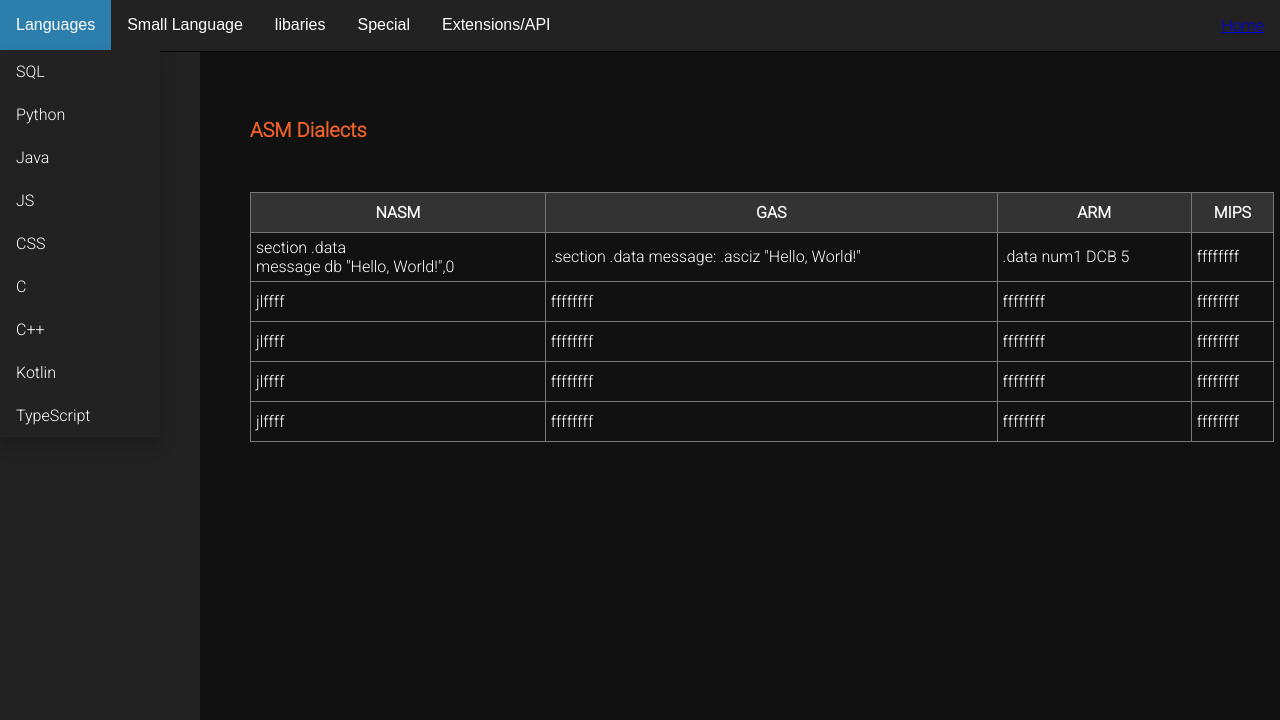
Repository: Max-Rohrhirsch/Max-Rohrhirsch.github.io
Page: documentation/special/OS/asm_dif.html
These files come from the project's save history. The page is drawn as it stood at one moment and after the next save; the edit follows.
The browser window is 1280 px wide. The pictures show the whole page.

Above is the page before, as saved 2023-10-29 17:48:05.

### documentation/special/OS/asm_dif.html
<head>
    <link rel="preconnect" href="https://fonts.googleapis.com">
    <link rel="preconnect" href="https://fonts.gstatic.com" crossorigin>
    <link href="https://fonts.googleapis.com/css2?family=Roboto:wght@300&display=swap" rel="stylesheet">
    <link rel="stylesheet" href="https://cdnjs.cloudflare.com/ajax/libs/font-awesome/4.7.0/css/font-awesome.min.css">

    <link rel="icon" type="image/x-icon" href="..../Bilder/favicon.ico">

    <link href="/home/max/Schreibtisch/Finished/Portfolio/documentation/prism.css" rel="stylesheet" />

    <link rel="stylesheet" href="/home/max/Schreibtisch/Finished/Portfolio/documentation/docStyle.css">
</head>

<script src="/jquery.js"></script>
<div id="includeHeader"></div>
<!-- ------ SIDE NAVIGATION BAR ----- -->
<div class="sidenav">
    <a href="/documentation/special/OS/OS.html">OS</a>
    <a href="/documentation/special/OS/ASM.html">ASM</a>
</div>

<div class="main">
<h2>ASM Dialects</h2>
<table>
<tr>
    <th>NASM</th>
    <th>GAS</th>
    <th>ARM</th>
    <th>MIPS</th>
</tr>
<tr>
    <td>
section .data<br>
message db "Hello, World!",0
    </td>
    <td>
.section .data
message:
    .asciz "Hello, World!"
    </td>
    <td>
.data
    num1  DCB 5
    </td>
    <td>ffffffff</td>
</tr>
<tr>
    <td>jlffff</td>
    <td>ffffffff</td>
    <td>ffffffff</td>
    <td>ffffffff</td>
</tr>
<tr>
    <td>jlffff</td>
    <td>ffffffff</td>
    <td>ffffffff</td>
    <td>ffffffff</td>
</tr>
<tr>
    <td>jlffff</td>
    <td>ffffffff</td>
    <td>ffffffff</td>
    <td>ffffffff</td>
</tr>
<tr>
    <td>jlffff</td>
    <td>ffffffff</td>
    <td>ffffffff</td>
    <td>ffffffff</td>
</tr>
</table>
</div>
<div id="includeFooter"></div>

### documentation/prism.css
/* PrismJS 1.29.0
https://prismjs.com/download.html#themes=prism-okaidia&languages=markup+css+clike+javascript+arduino+armasm+bash+brainfuck+c+cpp+cilkc+cilkcpp+go+java+latex+lua+python+rust+sql&plugins=line-numbers+show-language+toolbar+copy-to-clipboard+download-button */
code[class*=language-],pre[class*=language-]{color:#f8f8f2;background:0 0;text-shadow:0 1px rgba(0,0,0,.3);font-family:Consolas,Monaco,'Andale Mono','Ubuntu Mono',monospace;font-size:1em;text-align:left;white-space:pre;word-spacing:normal;word-break:normal;word-wrap:normal;line-height:1.5;-moz-tab-size:4;-o-tab-size:4;tab-size:4;-webkit-hyphens:none;-moz-hyphens:none;-ms-hyphens:none;hyphens:none}pre[class*=language-]{padding:1em;margin:.5em 0;overflow:auto;border-radius:.3em}:not(pre)>code[class*=language-],pre[class*=language-]{background:#272822}:not(pre)>code[class*=language-]{padding:.1em;border-radius:.3em;white-space:normal}.token.cdata,.token.comment,.token.doctype,.token.prolog{color:#8292a2}.token.punctuation{color:#f8f8f2}.token.namespace{opacity:.7}.token.constant,.token.deleted,.token.property,.token.symbol,.token.tag{color:#f92672}.token.boolean,.token.number{color:#ae81ff}.token.attr-name,.token.builtin,.token.char,.token.inserted,.token.selector,.token.string{color:#a6e22e}.language-css .token.string,.style .token.string,.token.entity,.token.operator,.token.url,.token.variable{color:#f8f8f2}.token.atrule,.token.attr-value,.token.class-name,.token.function{color:#e6db74}.token.keyword{color:#66d9ef}.token.important,.token.regex{color:#fd971f}.token.bold,.token.important{font-weight:700}.token.italic{font-style:italic}.token.entity{cursor:help}
pre[class*=language-].line-numbers{position:relative;padding-left:3.8em;counter-reset:linenumber}pre[class*=language-].line-numbers>code{position:relative;white-space:inherit}.line-numbers .line-numbers-rows{position:absolute;pointer-events:none;top:0;font-size:100%;left:-3.8em;width:3em;letter-spacing:-1px;border-right:1px solid #999;-webkit-user-select:none;-moz-user-select:none;-ms-user-select:none;user-select:none}.line-numbers-rows>span{display:block;counter-increment:linenumber}.line-numbers-rows>span:before{content:counter(linenumber);color:#999;display:block;padding-right:.8em;text-align:right}
div.code-toolbar{position:relative}div.code-toolbar>.toolbar{position:absolute;z-index:10;top:.3em;right:.2em;transition:opacity .3s ease-in-out;opacity:0}div.code-toolbar:hover>.toolbar{opacity:1}div.code-toolbar:focus-within>.toolbar{opacity:1}div.code-toolbar>.toolbar>.toolbar-item{display:inline-block}div.code-toolbar>.toolbar>.toolbar-item>a{cursor:pointer}div.code-toolbar>.toolbar>.toolbar-item>button{background:0 0;border:0;color:inherit;font:inherit;line-height:normal;overflow:visible;padding:0;-webkit-user-select:none;-moz-user-select:none;-ms-user-select:none}div.code-toolbar>.toolbar>.toolbar-item>a,div.code-toolbar>.toolbar>.toolbar-item>button,div.code-toolbar>.toolbar>.toolbar-item>span{color:#bbb;font-size:.8em;padding:0 .5em;background:#f5f2f0;background:rgba(224,224,224,.2);box-shadow:0 2px 0 0 rgba(0,0,0,.2);border-radius:.5em}div.code-toolbar>.toolbar>.toolbar-item>a:focus,div.code-toolbar>.toolbar>.toolbar-item>a:hover,div.code-toolbar>.toolbar>.toolbar-item>button:focus,div.code-toolbar>.toolbar>.toolbar-item>button:hover,div.code-toolbar>.toolbar>.toolbar-item>span:focus,div.code-toolbar>.toolbar>.toolbar-item>span:hover{color:inherit;text-decoration:none}

### documentation/docStyle.css
:root {
    --main-special-color: #ee622a;
    --main-bg-color: #111;
    transition: 3s;
    scroll-behavior: smooth;
}

body {
    background-color: var(--main-bg-color);
    color: white;
    font-family: 'Roboto', sans-serif;
    margin: 0;
    min-height: max-content;
}


/* ----------------------------- MAIN STUFF --------------------------------------- */
red { color: red }
orange { color: orange }
green { color: green }

.nav1 {
    position: fixed;
    background-color: #222;
    border-bottom: 1px solid black;
    width: 100%;

    z-index: 2;
}

/* ---- DROPDOWN ---- */

.dropbtn {
    background-color: #222;
    color: white;

    padding: 16px;
    font-size: 16px;
    border: none;
    cursor: pointer;
  }

  .dropdown {
    position: relative;
    display: inline-block;
  }

  .dropdown-content {
    display: none;
    position: absolute;
    right: 0;

    background-color: #222;
    min-width: 160px;
    box-shadow: 0px 8px 16px 0px rgba(0,0,0,0.2);
  }

  .dropdown-content a {
    color: White;
    padding: 12px 16px;
    text-decoration: none;
    display: block;
  }

  .dropdown-content a:hover { background-color: #333 }
  .dropdown:hover .dropdown-content { display: block }
  .dropdown:hover .dropbtn { background-color: #2c7ead }


/* ------------ Site Navigation ----------- */

.sidenav {
    height: 100%;
    width: 200px;

    position: fixed;
    top: 51px;
    left: 0;

    background-color: #222;
    overflow-x: hidden;
    z-index: 1;
  }

  .sidenav a, .dropdown-btn {
    padding: 6px 8px 6px 16px;

    text-decoration: none;
    font-size: 20px;
    color: white;

    display: block;
    border: none;
    background: none;

    width: 100%;
    text-align: left;
    cursor: pointer;
    outline: none;
  }

  .sidenav a:hover, .dropdown-btn:hover { background-color: #2c7ead }

  .active {
    background-color: green;
    color: white;
  }

  .dropdown-container {
    display: none;
    background-color: #333;
  }

  .fa-caret-down {
    float: right;
    padding-right: 8px;
  }

  @media screen and (max-height: 450px) {
    .sidenav { padding-top: 15px }
    .sidenav a { font-size: 18px }
  }


/* ------------ Main ----------- */
.main {
    display: block;
    position:absolute;
    top: 51px;
    left: 200px;

    padding: 50px;
    font-size: 18px;

    min-height: 100%;
    width: 80vw;
}

.main h2 {
    font-size: 20px;
    color: #ee622a;
}

.main a {
    color: rgb(44, 172, 65);
    margin-bottom: 20px;
    display: block;
}

img {
    display: block;
    margin-top: 20px;
}
img:hover {
    cursor: pointer;
}



/* ------------ CODE ----------- */

out {
    display: block;
    width: calc(100% - 40px);
    background-color: #333;

    padding: 20px;
    margin-top: 15px;
    border-radius: 10px;
}

.wrapper {
    display: grid;
    font-size: 18px;
    grid-template-columns: repeat(3, 1fr);
    gap: 10px;
}

.wrapper pre {
    height: calc(100% - 50px);
}

.half {
    display: grid;
    grid-template-columns: repeat(2, 1fr);
    gap: 10px;
}
.half pre {
    height: calc(100% - 50px);
}

/* ------------ Table ----------- */

table {
    width: calc(100% );
    border: 1px solid #777;
    margin-top: 50px;
    border-collapse:collapse;
}

th {
    border: 1px solid #777;
    background-color: #333;
    padding: 10px;

}

td {
    border: 1px solid #777;
    padding: 5px;
    height: 40px;
}


/* ------------ Buttons ----------- */

.pre, .next {
    display: inline-block;
    margin-top: 10px;
}
.pre:hover, .next:hover { cursor: pointer }

.pre { float: left }
.next { float: right }





/* ------------ Image ----------- */
.modal {
    z-index:2;
    display:none;
    padding-top:10px;
    position:fixed;
    left:0;
    top:0;
    width:100%;
    height:100%;
    overflow:auto;
    background-color:rgb(0,0,0);
    background-color:rgba(0,0,0,0.8)
}

.modal-content {
    margin: auto;
    display: block;
    position: absolute;
    top: 50%;
    left: 50%;
    transform: translate(-50%, -50%);
}


.modal-hover-opacity {
    opacity:1;
    filter:alpha(opacity=100);
}

.modal-hover-opacity:hover {
    opacity:0.60;
    filter:alpha(opacity=60);
}


.close {
    text-decoration:none;

    position: fixed;
    right:20px;
    top: 20px;

    font-size:24px;
    font-weight:bold;
    color:white;
    cursor: pointer;
}

img {
    width: 500px;
    display: block;
}

.modal-content, #caption {
    -webkit-animation-name: zoom;
    -webkit-animation-duration: 0.6s;
    animation-name: zoom;
    animation-duration: 0.6s;
}

@keyframes zoom {
    from {transform:scale(0)}
    to {transform:scale(1)}
}

@media only screen and (max-width: 1300px) {
    .wrapper {
        grid-template-columns: repeat(2, 1fr);
    }
    .half {
        grid-template-columns: repeat(1, 1fr);
    }

}
@media only screen and (max-width: 1000px) {
    .wrapper {
        grid-template-columns: repeat(1, 1fr);
    }
}

### header.html
<html>
    <head>
        <title>Documentation</title>

        <meta name="viewport" content="width=device-width, initial-scale=1">
        <meta name="description" lang="en" content="Documentation of many things I learned">
        <meta name="keywords" content="HTML, CSS, JavaScript, Coding, max">
        <meta name="author" content="Rohrhirsch Max">

        <link rel="preconnect" href="https://fonts.googleapis.com">
        <link rel="preconnect" href="https://fonts.gstatic.com" crossorigin>
        <link href="https://fonts.googleapis.com/css2?family=Roboto:wght@300&display=swap" rel="stylesheet">
        <link rel="stylesheet" href="https://cdnjs.cloudflare.com/ajax/libs/font-awesome/4.7.0/css/font-awesome.min.css">

        <link rel="icon" type="image/x-icon" href="/Bilder/favicon.ico">

        <link href="/documentation/prism.css" rel="stylesheet" />

        <link rel="stylesheet" href="/documentation/docStyle.css">
        <link rel="icon" type="image/x-icon" href="/Bilder/favicon.ico">
    </head>
    <body>
        <!-- ------ TOP NAVIGATION BAR ----- -->
        <nav class="nav1">
            <div class="dropdown" style="float:left;">
                <button class="dropbtn">Languages</button>
                <div class="dropdown-content" style="left:0;">
                    <a href="/documentation/languages/sql/sql.html">SQL</a>
                    <a href="/documentation/languages/python/python.html">Python</a>
                    <a href="/documentation/languages/java/java.html">Java</a>
                    <a href="/documentation/languages/js.html">JS</a>
                    <a href="/documentation/languages/css.html">CSS</a>
                    <a href="/documentation/languages/c.html">C</a>
                    <a href="/documentation/languages/cpp.html">C++</a>
                    <a href="/documentation/languages/Kotlin.html">Kotlin</a>
                    <a href="/documentation/languages/typescript.html">TypeScript</a>
                </div>
            </div>
            <div class="dropdown" style="float:left;">
                <button class="dropbtn">Small Language</button>
                <div class="dropdown-content" style="left:0;">
                    <a href="/documentation/small/bash.html">Bash</a>
                    <a href="/documentation/small/rust.html">Rust</a>
                    <a href="/documentation/small/go.html">GO</a>
                    <a href="/documentation/small/csharp.html">C#</a>
                    <a href="/documentation/small/brainfuck.html">BrainFuck</a>
                </div>
            </div>
            <div class="dropdown" style="float:left;">
                <button class="dropbtn">libaries</button>
                <div class="dropdown-content" style="left:0;">
                    <a href="/documentation/libaries/socket.html">Socket</a>
                    <a href="/documentation/libaries/tenserflow.html">Tenserflow</a>
                    <a href="/documentation/libaries/regex.html">Regex</a>
                    <a href="/documentation/libaries/angular.html">Angular</a>
                    <a href="/documentation/libaries/Git.html">Git</a>
                </div>
            </div>
            <div class="dropdown" style="float:left;">
                <button class="dropbtn">Special</button>
                <div class="dropdown-content" style="left:0;">
                    <a href="/documentation/special/computer.html">Computer</a>
                    <a href="/documentation/special/linux.html">Linux</a>
                    <a href="/documentation/special/arduino.html">Arduino</a>
                    <a href="/documentation/special/game.html">Game Maker</a>
                    <a href="/documentation/special/unity.html">Unity</a>
                    <a href="/documentation/special/OS/OS.html">OS</a>
                    <a href="/documentation/special/hacking.html">Hacking</a>
                </div>
            </div>
            <div class="dropdown" style="float:left;">
                <button class="dropbtn">Extensions/API</button>
                <div class="dropdown-content" style="left:0;">
                    <a href="/documentation/extension/chrome.html">Chrome Extension</a>
                    <a href="/documentation/extension/discord.html">Discord Bot</a>
                    <a href="/documentation/extension/computercraft.html">Computercraft</a>
                    <a href="/documentation/extension/LaTeX.html">LaTeX</a>
                </div>
            </div>
            <div class="dropdown dropbtn" style="float:right;">
                <a href="https://max-rohrhirsch.github.io/documentation/documentation.html">Home</a>
            </div>
        </nav>

        <!-- ------ SIDE NAVIGATION BAR ----- -->

### footer.html

<a class="pre">Previous</a>
<a class="next">Next</a>
</div>

<div id="modal01" class="modal" onclick="this.style.display='none'">
<span class="close">X</span>
<div class="modal-content">
  <img id="img01" style="max-width:100%">
</div>
</div>


<!-- ------ SCRIPT FOR DROPDOWN ----- -->
<script>
var dropdown = document.getElementsByClassName("dropdown-btn");
var i;

for (i = 0; i < dropdown.length; i++) {
  dropdown[i].addEventListener("click", function() {
    this.classList.toggle("active");
    var dropdownContent = this.nextElementSibling;
    if (dropdownContent.style.display === "block") {
      dropdownContent.style.display = "none";
    } else {
      dropdownContent.style.display = "block";
    }
  });
}
</script>
<script src="/documentation/prism.js"></script>
<script>
function onClick(element) {
    document.getElementById("img01").src = element.src;
    document.getElementById("modal01").style.display = "block";
}
</script>
</body>
</html>

Loaded but not shown: jquery.js (library); documentation/prism.js (library)

After the next save:
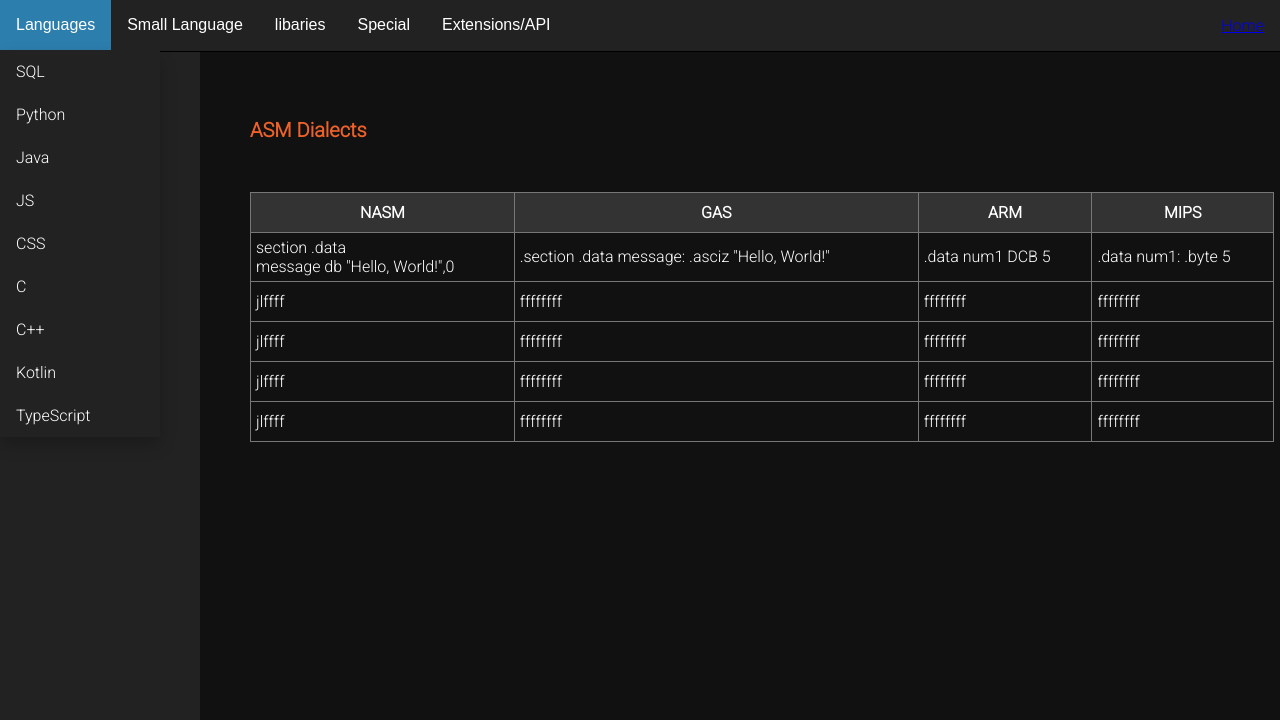
Saved 23 s later.
--- a/documentation/special/OS/asm_dif.html
+++ b/documentation/special/OS/asm_dif.html
@@ -42,7 +42,10 @@ message:
 .data
     num1  DCB 5
     </td>
-    <td>ffffffff</td>
+    <td>
+.data
+    num1:   .byte 5
+    </td>
 </tr>
 <tr>
     <td>jlffff</td>
